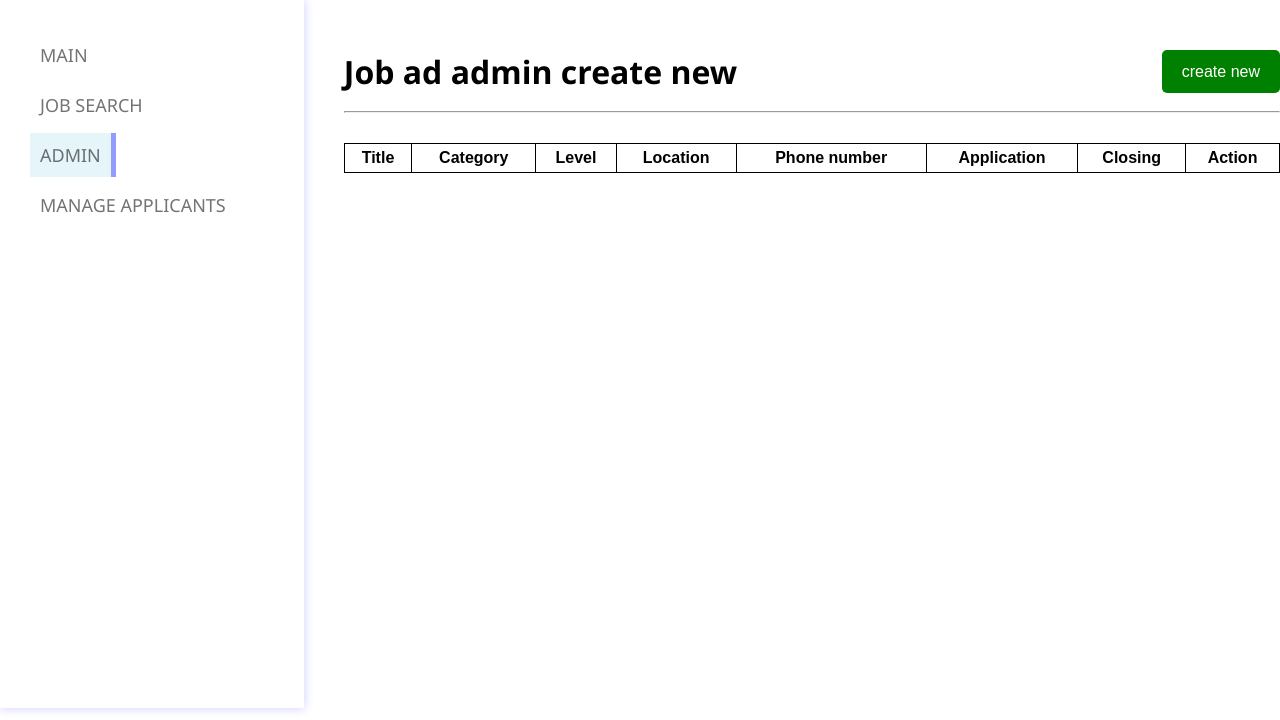
Repository: ismoil3/todo-users
Page: admin page/admin.html
The author's editor kept a copy of each file at every save. The page is drawn from the files as they stood at one save, then again after the next save.
The browser window is 1280 px wide. The pictures show the whole page.
The page's requests for data from a server got no answer.

Above is the page before, as saved 2024-08-22 20:45:18.

### admin page/admin.html
<!DOCTYPE html>
<html lang="en">
  <head>
    <meta charset="UTF-8" />
    <meta name="viewport" content="width=device-width, initial-scale=1.0" />
    <title>Document</title>
    <link rel="stylesheet" href="/admin page/admin.css" />
    <link rel="stylesheet" href="/style.css" />
  </head>
  <body>
    <div class="main">
      <div class="categories">
        <a href="/main.html">MAIN</a><br />
        <a href="/jobsearch.html">JOB SEARCH</a><br />
        <a class="amain" href="/admin.html">ADMIN</a><br />
        <a href="/mesegeAplicants.html">MANAGE APPLICANTS</a><br />
      </div>

      <div class="rigth" id="rigth">
        <div class="job">
          <h1 class="Letest">Job ad admin create new</h1>
          <a href="/add/add.html" class="as">create new</a>
        </div>
        <br />
        <hr />
        <table
          style="
            border: 1px solid black;
            width: 100%;
            margin: auto;
            padding: 10px 10px;
            margin-top: 30px;
          "
        >
          <thead>
            <tr>
              <th>Title</th>
              <th>Category</th>
              <th>Level</th>
              <th>Location</th>
              <th>Phone number</th>
              <th>Application</th>
              <th>Closing</th>
              <th>Action</th>
            </tr>
          </thead>
          <tbody class="box1"></tbody>
        </table>
      </div>
    </div>
    <script src="https://cdn.jsdelivr.net/npm/axios/dist/axios.min.js"></script>
    <script type="module" src="/admin page/main.js"></script>
  </body>
</html>

### admin page/admin.css
.job{
    display: flex;
    justify-content: space-between;
}

table{
    width: 100%;
    border-collapse: collapse;
}

table, th, td{
    border: 1px solid black;
    padding: 5px;
}

### style.css
*{
    margin: 0;
}
.btnaddsil a{
    text-decoration: none;
    color: white;
}
.btnaddsil{
    background-color: green;
    border-radius: 10px;
    padding: 10px 20px;
    position: relative;
    left: 1000px;
    z-index: 1;
    top: 40px;
}
.categories{
    position: sticky;
    top: 0;
    line-height: 50px;
    width: 250px;
    box-shadow: 0px 0px 10px rgba(0, 0, 255, 0.201);
    height: 90vh;
    font-family: 'Segoe UI', Tahoma, Geneva, Verdana, sans-serif;
    padding: 30px 30px;
    font-weight: 500;
    font-size: large;
}
.categories a{

    padding: 10px;
    text-decoration: none;

    color: rgba(0, 0, 0, 0.55);
}
.categories a:hover{
    background-color: rgb(229,245,250);
    border-right: 5px solid rgba(0, 0, 255, 0.365);
}
.amain{
    background-color: rgb(229,245,250);
    border-right: 5px solid rgba(0, 0, 255, 0.365);
}
.main{
    display: flex;

}
.rigth{
    /* border: 1px solid black; */
    margin-top: 50px;

    width: 75%;
    margin-left: 40px;
}
.Letest{
    font-family: 'Segoe UI', Tahoma, Geneva, Verdana, sans-serif;
}
.card{
    border: 1px solid black;
    width: 400px;
    height: 110px;
    padding: 10px 20px;
    border-radius: 20px;
    margin: auto;
}
.level{
    display: inline;
    background-color: #BFDBFE;
    padding: 10px;
    border-radius: 20px;
}
.title{
    display: inline;
}
.block1{
    display: flex;
    align-items: center;
    justify-content: space-between;
}
.button{
    background-color: #2196F3;
    color: white;
    width: Hug (119px)px;
height: Hug (42px)px;
padding: 8px 22px 8px 22px;
gap: 0px;
border-radius: 4px 0px 0px 0px;
opacity: 0px;
border: none;
border-radius: 10px;
}
.as{
    text-decoration: none;
    color: white;
    background-color: green;
    font-size: 16px;
    font-weight: 500;
    cursor: pointer;
    padding: 5px 20px;
    display: flex;
    align-items: center;
    border-radius: 5px;

}
.block2{
    margin-top:20px;
    display: flex;
    align-items: center;
    justify-content: space-between;
}
.box{
    margin-top: 30px;
    display: flex;
    gap: 20px;
    flex-wrap: wrap;
    align-items: center;
}
.select1{
    margin-top: 20px;
    width: 150px;
    padding: 10px 20px;
    margin-left: 50px;
}
.select2{
    width: 150px;
    padding: 10px 20px;
    margin-left: 20px;
}

.adddialog{
    width: 100%;
    height: 100vh;
    border: none;
}
.addForm{
    margin-top: 100px;
}
















body {
    font-family: Arial, sans-serif;
}

form {
    max-width: 600px;
    margin: auto;
}
input, textarea {
    width: 100%;
    padding: 8px;
    margin-top: 5px;
    box-sizing: border-box;
}

.cancel {
    background-color: red;
    color: white;
    margin-left: 200px;

}
.btns{
    display: flex;
    justify-content: space-between;
}

.save {
    background-color: green;
    color: white;
}

### admin page/main.js
import { Get } from "./api.js";
Get()

### admin page/api.js

const Api="https://66b99bb1fa763ff550f8d5f2.mockapi.io/back/users"
import { getData, } from "./dom.js";


async function Get() {
    try {
        const {data}=await axios.get(Api)
        getData(data)
    } catch (error) {
        console.error(error);
    }
}
async function Delete(idx) {
    try {
        const {data}=await axios.delete(`${Api}/${idx}`)
        Get()
    } catch (error) {

    }
}
// async function addTaks(obj) {
//     try {
//         const {data}=await axios.post(Api,obj)
//         Get()
//     } catch (error) {
//         console.error(error);
//     }
// }
export {Get,Delete}

### admin page/dom.js
import { Delete } from "./api.js";
const box = document.querySelector(".box1");
let idx=null
function getData(data) {
  box.innerHTML=""
  data.forEach((e, i) => {
    const tr = document.createElement("tr");
    const title = document.createElement("td");
    title.innerHTML=e.title
    const Category = document.createElement("td");
    Category.innerHTML=e.Category
    const level = document.createElement("td");
    level.innerHTML=e.level
    const loc = document.createElement("td");
    loc.innerHTML=e.loc
    const phone = document.createElement("td");
    phone.innerHTML=e.phone
    const app = document.createElement("td");
    app.innerHTML=e.app
    const closing = document.createElement("td");
    closing.innerHTML=e.closing
    const Action = document.createElement("td");
    const btndelete=document.createElement("button")
    btndelete.innerHTML="del"
    btndelete.onclick=()=>{
      Delete(e.id)
      console.log(idx);
    }
    const btnedit=document.createElement("a")
    btnedit.href=""
    btnedit.innerHTML="edit"
    Action.append(btndelete,btnedit)
    tr.append(title,Category,level,loc,phone,app,closing,Action)
    box.appendChild(tr);

  });
}
export {getData,idx}

After the next save:
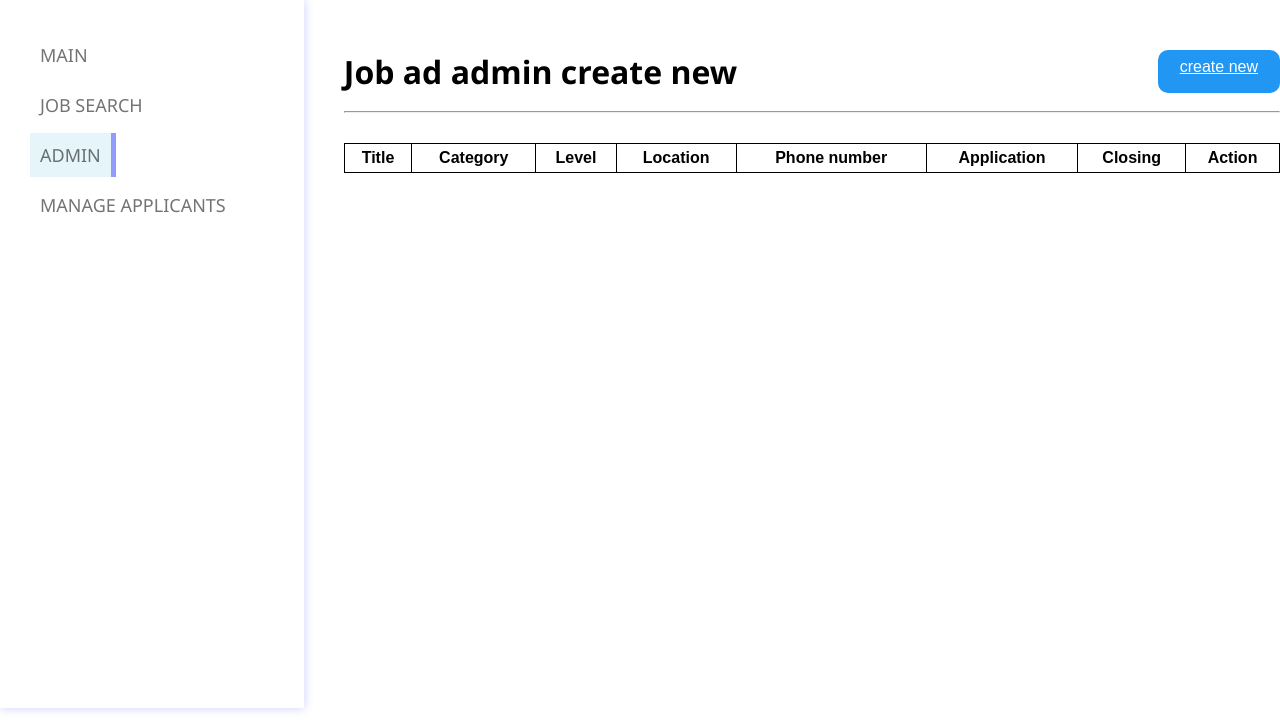
Saved 19 s later.
--- a/admin page/admin.html
+++ b/admin page/admin.html
@@ -19,7 +19,7 @@
       <div class="rigth" id="rigth">
         <div class="job">
           <h1 class="Letest">Job ad admin create new</h1>
-          <a href="/add/add.html" class="as">create new</a>
+          <a href="/add/add.html" class="button">create new</a>
         </div>
         <br />
         <hr />

After the save that followed:
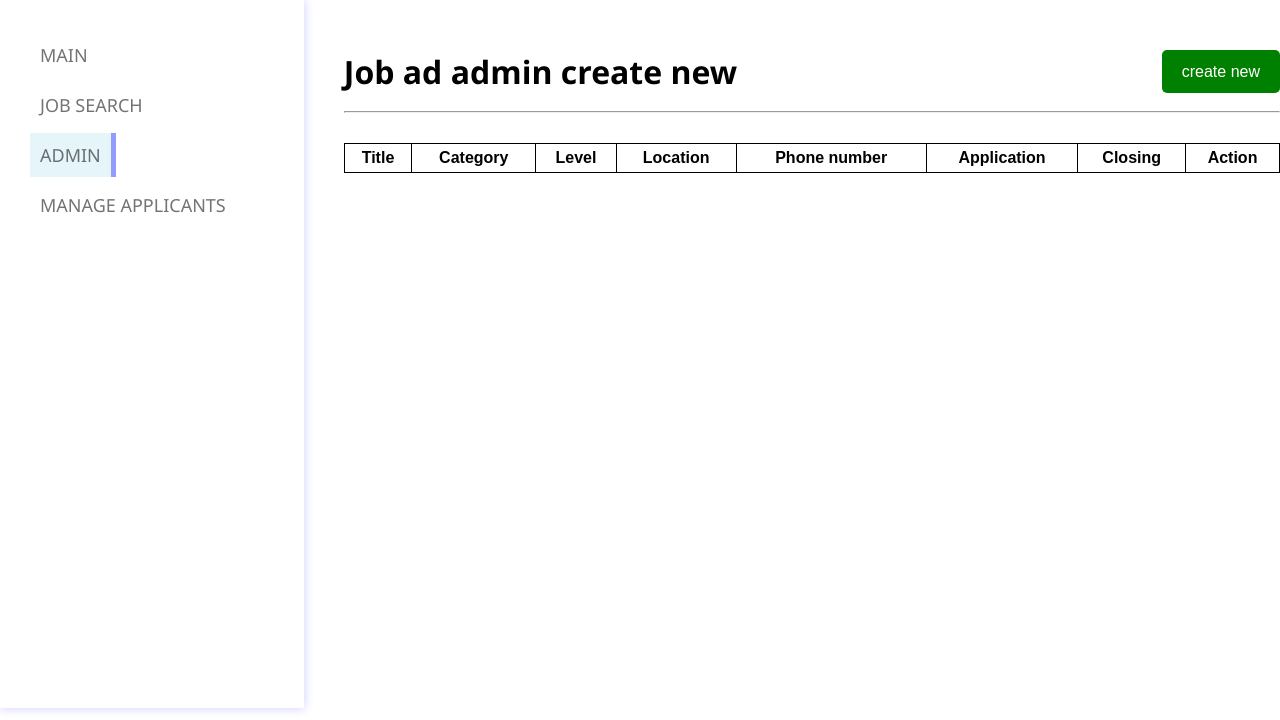
Saved 7 s later.
--- a/admin page/admin.html
+++ b/admin page/admin.html
@@ -19,7 +19,7 @@
       <div class="rigth" id="rigth">
         <div class="job">
           <h1 class="Letest">Job ad admin create new</h1>
-          <a href="/add/add.html" class="button">create new</a>
+          <a href="/add/add.html" class="as">create new</a>
         </div>
         <br />
         <hr />
